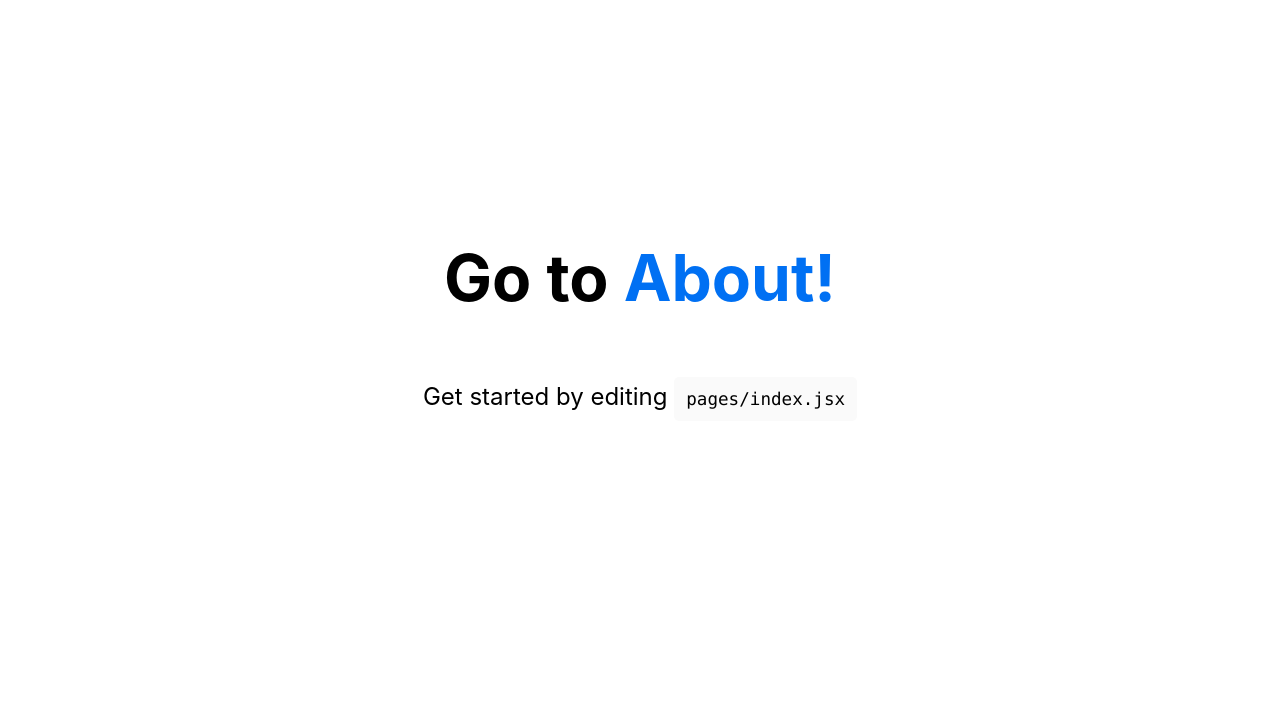
Repository: juagarc4/next-vercel-deploy
Page: /
An editor plug-in stored every save of this project. The page is shown before and after the next save, followed by the edit.
The browser window is 1280 px wide. The pictures show the whole page.
The project was rebuilt for these pictures with package versions that can differ from the ones it lists, and the page was loaded fresh each time. The framework's server and built-in components were replaced by stand-ins that run in the browser. Also part of the build but not shown: next.config.js.

Above is the page before, as saved 2022-04-28 19:14:00.

### pages/index.jsx
import Head from 'next/head'
import Link from 'next/link'
import styles from '../styles/Home.module.css'

export default function HomePage() {
  return (
    <div className={styles.container}>
      <Head>
        <title>Home - Initial App</title>
        <meta name='description' content='Home Page' />
        <link rel='icon' href='/favicon.ico' />
      </Head>
    <nav></nav>
      <main className={styles.main}>
        <h1 className={styles.title}>
          Go to <Link href='/about'>About!</Link>
        </h1>

        <p className={styles.description}>
          Get started by editing <code className={styles.code}>pages/index.jsx</code>
        </p>
      </main>
    </div>
  )
}

Loaded but not shown: pages/_app.js (common file); styles/globals.css (common file); styles/Home.module.css (common file)

After the next save:
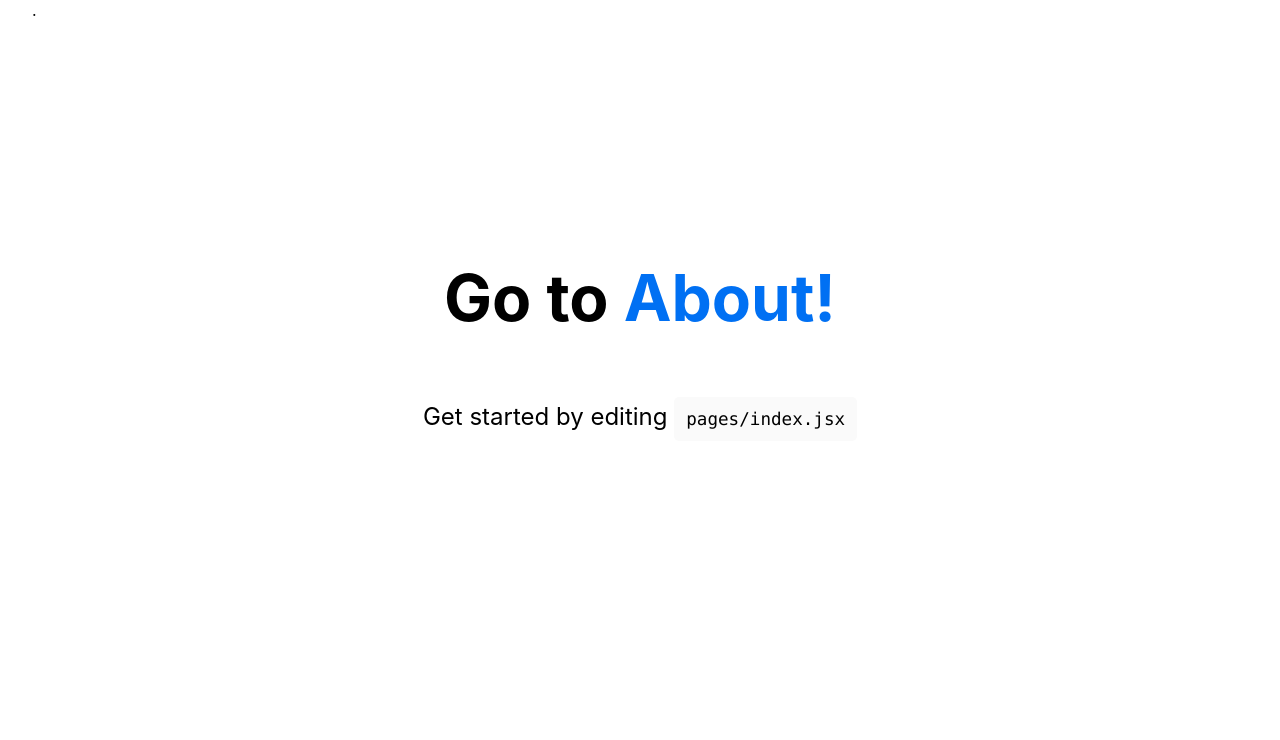
Saved 17 s later.
--- a/pages/index.jsx
+++ b/pages/index.jsx
@@ -10,7 +10,7 @@ export default function HomePage() {
         <meta name='description' content='Home Page' />
         <link rel='icon' href='/favicon.ico' />
       </Head>
-    <nav></nav>
+    <nav>.</nav>
       <main className={styles.main}>
         <h1 className={styles.title}>
           Go to <Link href='/about'>About!</Link>
